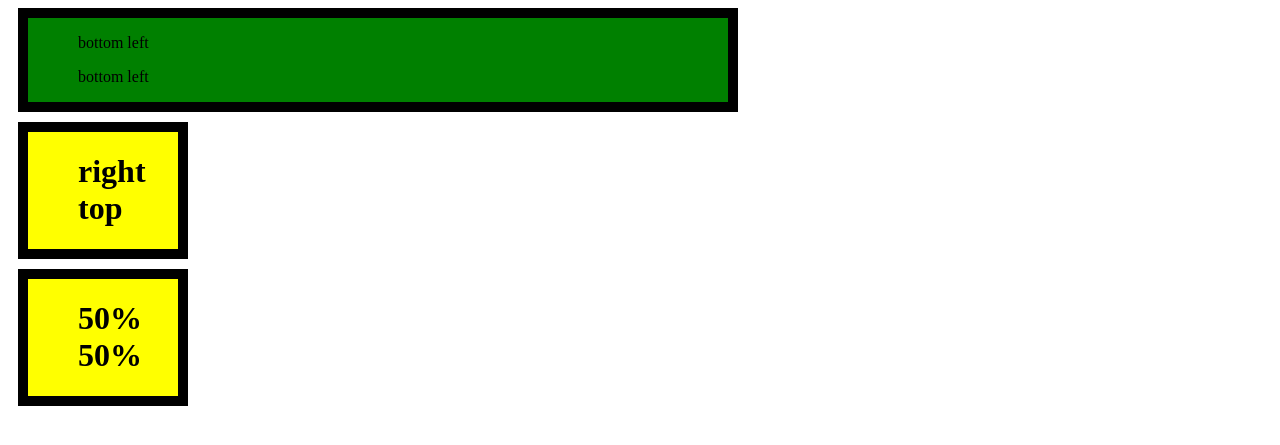
Repository: antonio63j/misNotas
Page: software/CSS/Demos/aptana_proyect/src/static-normal.html
The author's editor kept a copy of each file at every save. The page is drawn from the files as they stood at one save, then again after the next save.
The browser window is 1280 px wide. The pictures show the whole page.

Above is the page before, as saved 2017-04-23 15:46:38.

### software/CSS/Demos/aptana_proyect/src/static-normal.html
<!DOCTYPE html>
<html>
<head>
<style>


#caja0 {
  position:static;

  bottom:7px;
  width: 300px;
  padding-left:  50px;
  padding-right: 50px;
  margin-left:   10px;
  margin-right:  10px;
  border: 10px solid black;
  margin-bottom:10px;
  background-color:cian;
}

#caja1 {
  position:static;
  bottom:1px;
  left:20px;
  width: 600px;
  padding-left:  50px;
  padding-right: 50px;
  margin-left:   10px;
  margin-right:  10px;
  border: 10px solid black;
  margin-bottom:10px;
  background-color:green;
}

#caja2 {
  position:static;
  top:-110px;
  width: 50px;
  padding-left:  50px;
  padding-right: 50px;
  margin-left:   10px;
  margin-right:  10px;
  border: 10px solid black;
  margin-bottom:10px;
  background-color:yellow;
}

#caja3 {
  position:static;
  top:-110px;
  width: 50px;
  padding-left:  50px;
  padding-right: 50px;
  margin-left:   10px;
  margin-right:  10px;
  border: 10px solid black;
  margin-bottom:10px;
  background-color:yellow;
}


</style>
</head>



<body>

<div id="caja1"><p>bottom left</p> <p>bottom left</p></div>
<div id="caja2"><h1>right top</h1></div>
<div id="caja3"><h1>50% 50%</h1></div>

</body>
</html>

After the next save:
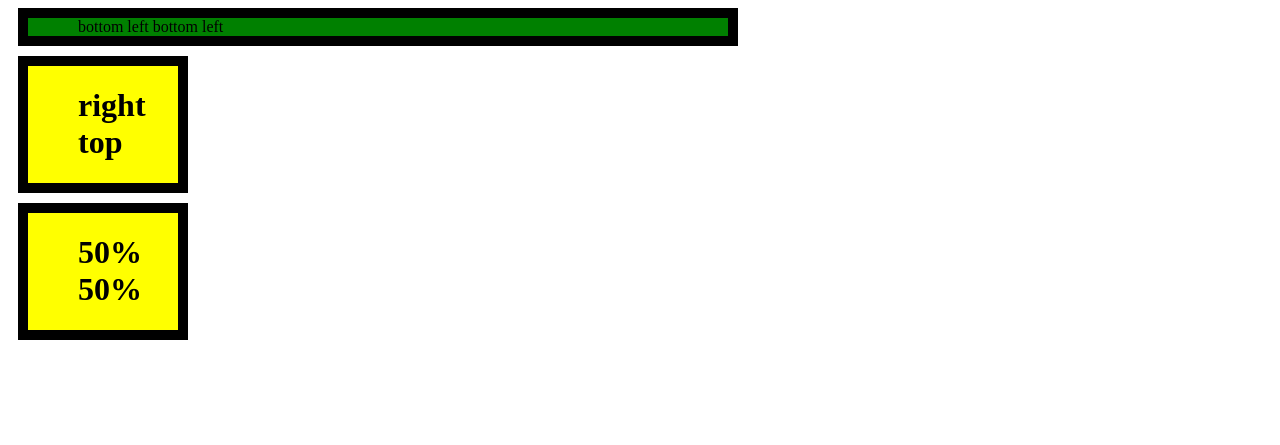
Saved 77 s later.
--- a/software/CSS/Demos/aptana_proyect/src/static-normal.html
+++ b/software/CSS/Demos/aptana_proyect/src/static-normal.html
@@ -66,7 +66,7 @@
 
 <body>
 
-<div id="caja1"><p>bottom left</p> <p>bottom left</p></div>
+<div id="caja1"><span>bottom left</span> <span>bottom left</span></div>
 <div id="caja2"><h1>right top</h1></div>
 <div id="caja3"><h1>50% 50%</h1></div>
 
